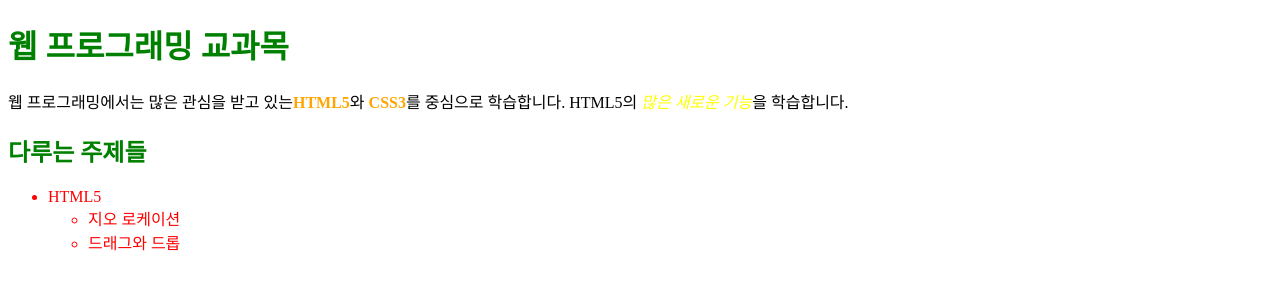
Repository: daehyeonhong/HTML
Page: exercise/WebContent/exercise0519/exercise011.html
An editor plug-in stored every save of this project. The page is shown before and after the next save, followed by the edit.
The browser window is 1280 px wide. The pictures show the whole page.

Above is the page before, as saved 2020-05-19 10:26:40.

### exercise/WebContent/exercise0519/exercise011.html
<!DOCTYPE html>
<html>
<head>
<meta charset="UTF-8">
<title>Insert title here</title>
<style type="text/css">
body h1 {
	color: green;
}

p>strong {
	color: orange;
}

p>em {
	color: yellow;
}

body h2 {
	color: green;
}

h2, ul, ul {
	color: red;
}
</style>
</head>
<body>
	<h1>웹 프로그래밍 교과목</h1>

	<p>
		웹 프로그래밍에서는 많은 관심을 받고 있는<strong>HTML5</strong>와 <strong>CSS3</strong>를
		중심으로 학습합니다. HTML5의 <em>많은 새로운 기능</em>을 학습합니다.
	</p>

	<h2>다루는 주제들</h2>
	<ul>
		<li>HTML5
			<ul>
				<li>지오 로케이션</li>
				<li>드래그와 드롭</li>
			</ul>
		</li>
	</ul>
</body>
</html>

After the next save:
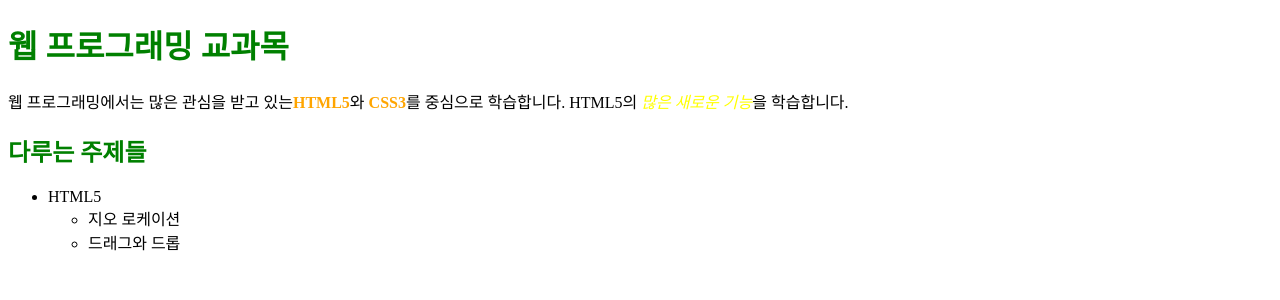
Saved 11 s later.
--- a/exercise/WebContent/exercise0519/exercise011.html
+++ b/exercise/WebContent/exercise0519/exercise011.html
@@ -20,7 +20,7 @@ body h2 {
 	color: green;
 }
 
-h2, ul, ul {
+h2, ul> ul {
 	color: red;
 }
 </style>
